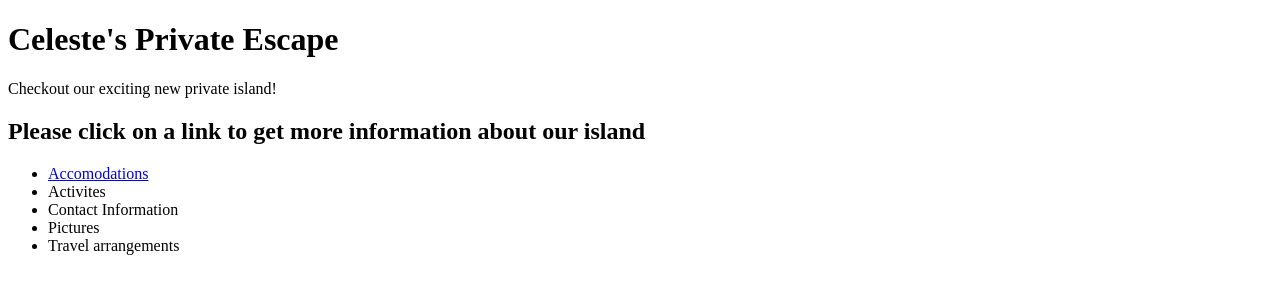
Repository: fieldceleste/island-resort
Page: island-resort.html
The author's editor kept a copy of each file at every save. The page is drawn from the files as they stood at one save, then again after the next save.
The browser window is 1280 px wide. The pictures show the whole page.

Above is the page before, as saved 2019-10-27 16:26:32.

After the next save:
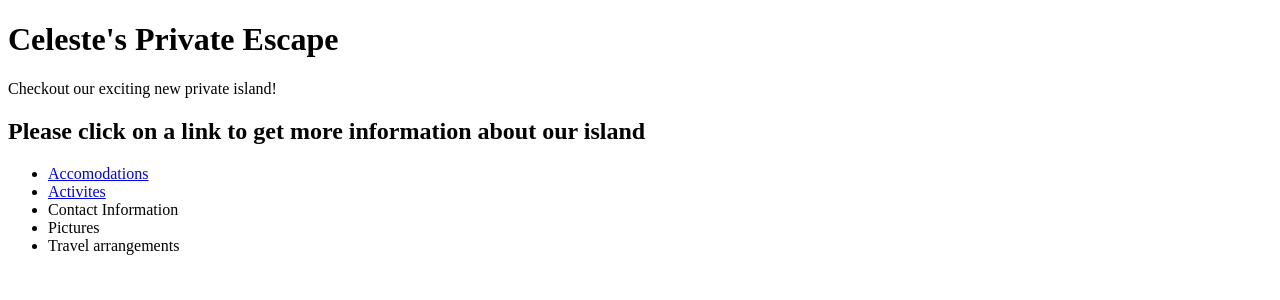
Saved 39 s later.
--- a/island-resort.html
+++ b/island-resort.html
@@ -10,7 +10,7 @@
 <p>
 <ul>
   <li><a href="file:///Users/apple/Desktop/island-resort/accomodations.html">Accomodations</a></li>
-  <li>Activites</li>
+  <li><a href="https://www.w3schools.com">Activites</a></li>
   <li>Contact Information</li>
   <li>Pictures</li>
   <li>Travel arrangements</li>
